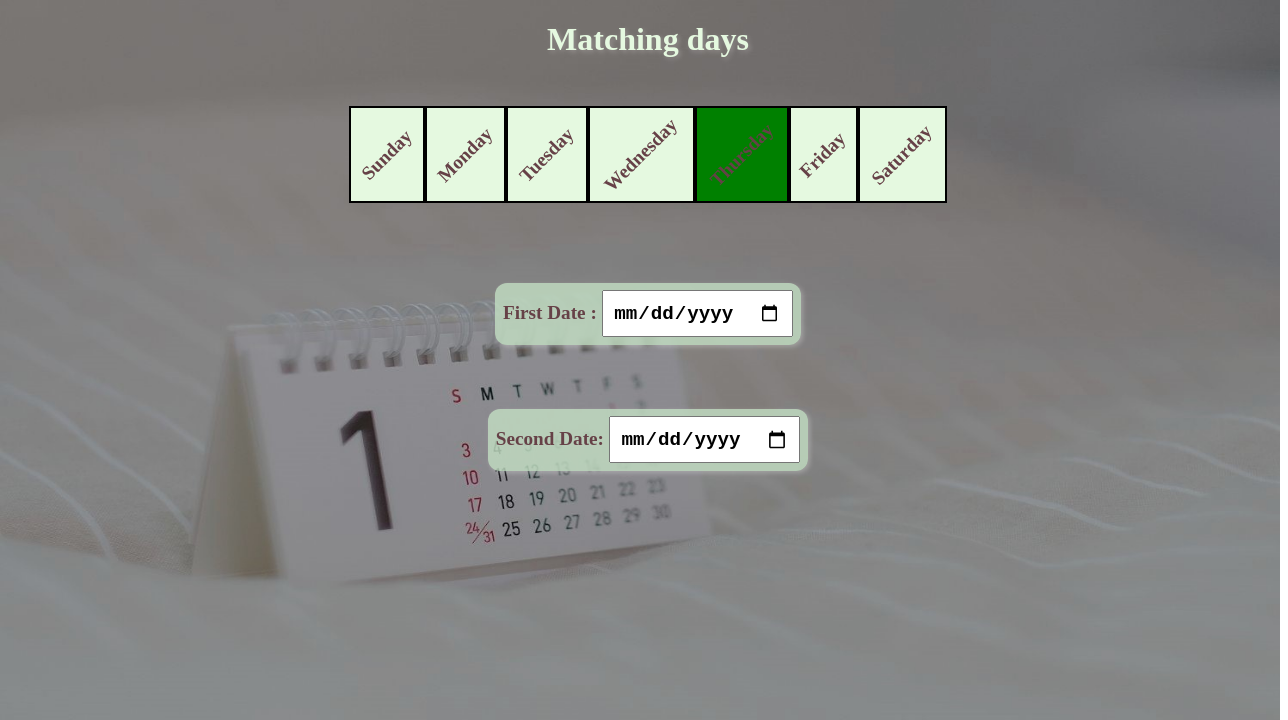
Repository: lasity34/matching-days
Page: index.html
The author's editor kept a copy of each file at every save. The page is drawn from the files as they stood at one save, then again after the next save.
The browser window is 1280 px wide. The page is 1288 px wide, so the pictures cover 1288 px, including what lies to the right of the window. The pictures show the whole page.
Some web fonts or font styles are not loaded; a fallback is used. Some web libraries are served in a nearby version.

Above is the page before, as saved 2023-05-11 16:19:34.

### index.html
<!DOCTYPE html>
<html lang="en">
<head>
    <meta charset="UTF-8">
    <meta http-equiv="X-UA-Compatible" content="IE=edge">
    <meta name="viewport" content="width=device-width, initial-scale=1.0">
    <title>Matching days</title>
    <link rel="preconnect" href="https://fonts.googleapis.com">
<link rel="preconnect" href="https://fonts.gstatic.com" crossorigin>
<link href="https://fonts.googleapis.com/css2?family=Battambang:wght@300;400;700&display=swap" rel="stylesheet">
    <link rel="stylesheet" href="style.css" >
    <script src="https://cdnjs.cloudflare.com/ajax/libs/handlebars.js/4.0.11/handlebars.min.js"></script>
    <script type="text/x-template" id="days_template">
        {{#each different_days}}
        <div class="day_box {{#if selected}} {{selected}} {{/if}}"><p class="day_text">{{day}}</p></div>
        {{/each}}
    </script>
</head>
<body>

    <h1>Matching days</h1>
    <section class="days_container">

    </section>
    <section class="date_input_container">
        <div class="input_box">

            <label for="first_date">First Date :</label>
            <input type="date" id="first_date" name="first_date" />
        </div>
        <div class="input_box">

            <label for="second_date">Second Date:</label>
            <input type="date" id="second_date" name="second_date"/>
        </div>
    </section>



    <script src="./matching-days-factory.js" charset="utf-8"></script>
    <script src="./matching-days.js" charset="utf-8"></script>


</body>
</html>

### style.css

html {
    font-family: 'Battambang', cursive;
    background: url("./Images/background.jpg") no-repeat  center / 100% 100% fixed ;
    font-weight: 700;
    font-size: 16px;
    color: #664147
}

body {
    width: 100%;
}

h1 {
    text-align: center;
    text-shadow: 2px 2px 5px rgba(227, 223, 223, 0.3);
    color: #E5F9E0;
}
/* days display */
.days_container {
    display: flex;
    justify-content: center;
    margin: 3em auto;
    width: 100%;
}

.day_box {
    border: 2px solid black;
    padding: 1em 0.3em;
    background-color: #E5F9E0
}

.day_text {
    transform: rotate(-45deg);
    font-size: 1.2rem;
}

/* dates input */


.date_input_container {
    display: flex;
    flex-direction: column;
    align-items: center;
    justify-content: space-around;
    height: 35vh;
    font-size: 1.2rem;
}

input {
    font-size: 1.2rem;
    font-weight: 700;
    padding: 0.5em;
}

.input_box {
    background-color: rgba(196, 223, 196, 0.8);
    box-shadow: 2px 2px 5px rgba(245, 243, 243, 0.3);
    border-radius: 12px;
    padding: 0.4em;
}

.day1 {
    background-color: rgb(228, 65, 198);
}

.day2 {
    background-color: rgb(86, 97, 224);
}

.same_day {
    background-color: green;
}

@media (max-width: 700px) {
    html {
        font-size: 12px;
    }
}

@media (max-width: 500px) {
    html {
        font-size: 9px;
    }
}

### matching-days-factory.js
function matching_day() {
  let date_input_value_1 = 0;
  let date_input_value_2 = 0
  const daysOfWeek = [
    "Sunday",
    "Monday",
    "Tuesday",
    "Wednesday",
    "Thursday",
    "Friday",
    "Saturday",
  ];



  function set_date_value_1(input) {
    date_input_value_1 = input
  }

  function set_date_value_2(input) {
    date_input_value_2 = input
  }

  function get_date_value_1() {
    return date_input_value_1
  }

  function get_date_value_2() {
    return date_input_value_2
  }

  function is_same_day() {
    if (get_date_value_1() === get_date_value_2()) {
        return true
    } else {
        return false
    }
  }

  function get_day_class(dateValue) {
    const date = new Date(dateValue);
    const dayOfWeek = daysOfWeek[date.getDay()];

    return dayOfWeek;
  }

  function get_filter_day() {
    return daysOfWeek.map((day) => {
      let selectedClass = "";
      if (
        day === get_day_class(date_input_value_1) &&
        day === get_day_class(date_input_value_2)
      ) {
        selectedClass = "same_day";
      } else if (day ===  get_day_class(date_input_value_1)) {
        selectedClass = "day1";
      } else if (day === get_day_class(date_input_value_2)) {
        selectedClass = "day2";
      }

      return { day, selected: selectedClass };
    })
  }






  return {
    set_date_value_1,
    set_date_value_2,
    get_date_value_1,
    get_date_value_2,
    is_same_day,
    get_day_class,
    get_filter_day
  };
}

### matching-days.js
document.addEventListener("DOMContentLoaded", function () {
  const first_date_input = document.querySelector("#first_date");
  const second_date_input = document.querySelector("#second_date");
  const daysOfWeek = [
    "Sunday",
    "Monday",
    "Tuesday",
    "Wednesday",
    "Thursday",
    "Friday",
    "Saturday",
  ];

  const daysInstance = matching_day();

  daysTemplate()
  function daysTemplate() {
    const template_source = document.querySelector("#days_template").innerHTML;
    const days_template = Handlebars.compile(template_source);
    const days_data_display = document.querySelector(".days_container");

    const daysData = {
      different_days: daysInstance.get_filter_day(),
    };

    const daysDataHTML = days_template(daysData);
    days_data_display.innerHTML = daysDataHTML;
  }

  first_date_input.addEventListener("change", function () {
    daysInstance.set_date_value_1(first_date_input.value);
    daysTemplate();
  });
  second_date_input.addEventListener("change", function () {
    daysInstance.set_date_value_2(second_date_input.value);
    daysTemplate();
  });
});

After the next save:
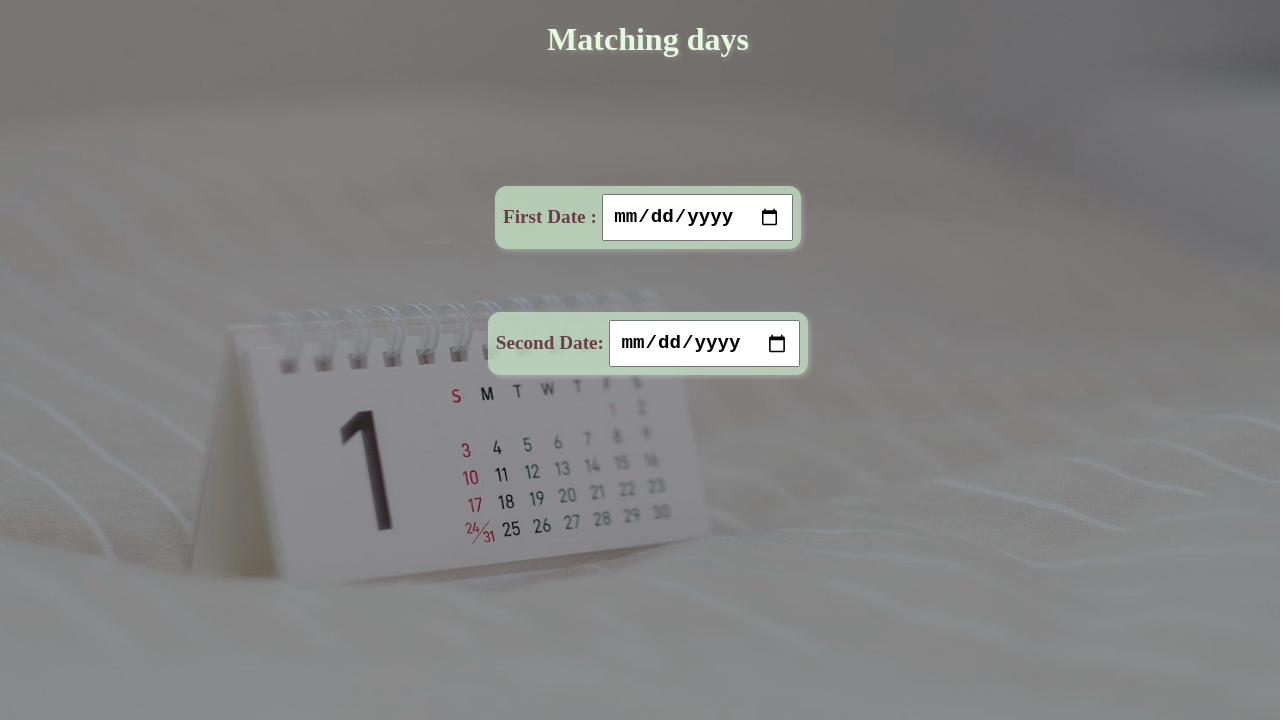
Console error: ReferenceError: is_same_day is not defined
Saved 3 min 42 s later.
--- a/matching-days-factory.js
+++ b/matching-days-factory.js
@@ -29,7 +29,7 @@ function matching_day() {
     return date_input_value_2
   }
 
-  function is_same_day() {
+  function is_same_date() {
     if (get_date_value_1() === get_date_value_2()) {
         return true
     } else {

After the save that followed:
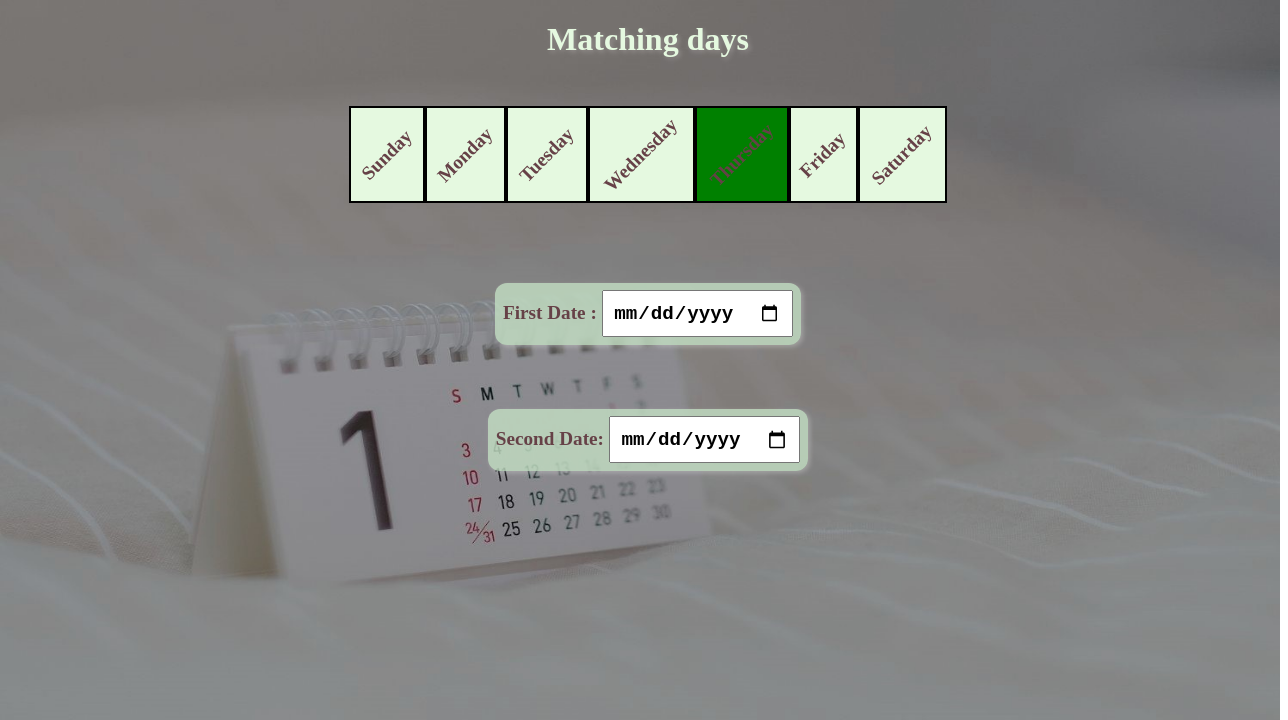
The error is gone.
Saved 7 s later.
--- a/matching-days-factory.js
+++ b/matching-days-factory.js
@@ -72,7 +72,7 @@ function matching_day() {
     set_date_value_2,
     get_date_value_1,
     get_date_value_2,
-    is_same_day,
+    is_same_date,
     get_day_class,
     get_filter_day
   };
